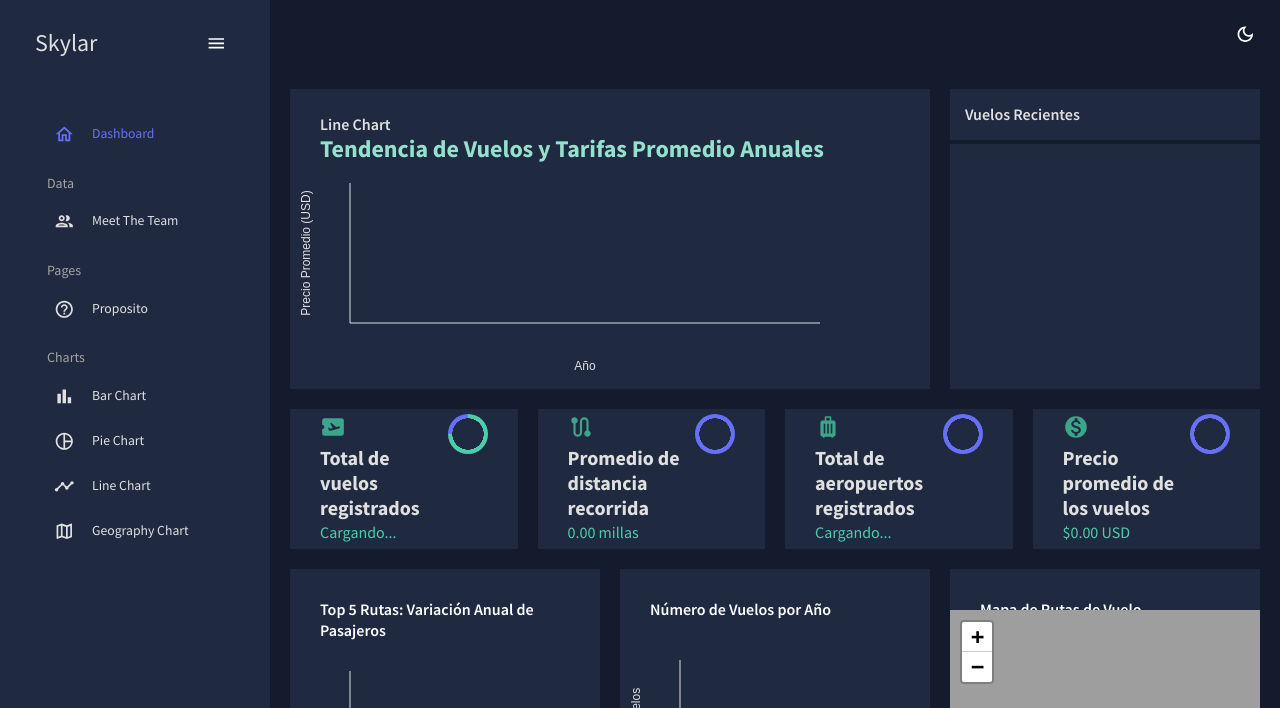
Repository: Carpinteron/Dashboard-DatabaseProject
Page: / (app in react-admin-dashboard-master/)
These files come from the project's save history. The page is drawn as it stood at one moment and after the next save; the edit follows.
The browser window is 1280 px wide. The pictures show the part of the page from y = 0 to 708 px (the page is 886 px tall).
Pictures or frames that could not be fetched are drawn as grey boxes. The page's requests for data from a server got no answer. The project was rebuilt for these pictures with package versions that can differ from the ones it lists, and the page was loaded fresh each time. No one was signed in, and anything a server would have sent is missing. Also part of the build but not shown: react-admin-dashboard-master/src/components/Header.jsx, react-admin-dashboard-master/src/scenes/team/index.jsx, react-admin-dashboard-master/src/scenes/bar/index.jsx, react-admin-dashboard-master/src/components/BarChart2.jsx, react-admin-dashboard-master/src/scenes/bar2/index.jsx, react-admin-dashboard-master/src/scenes/form/index.jsx, react-admin-dashboard-master/src/scenes/line/index.jsx, react-admin-dashboard-master/src/components/PieChart.jsx and 3 more.

Above is the page before, as saved 2025-05-06 23:06:39.

After the next save:
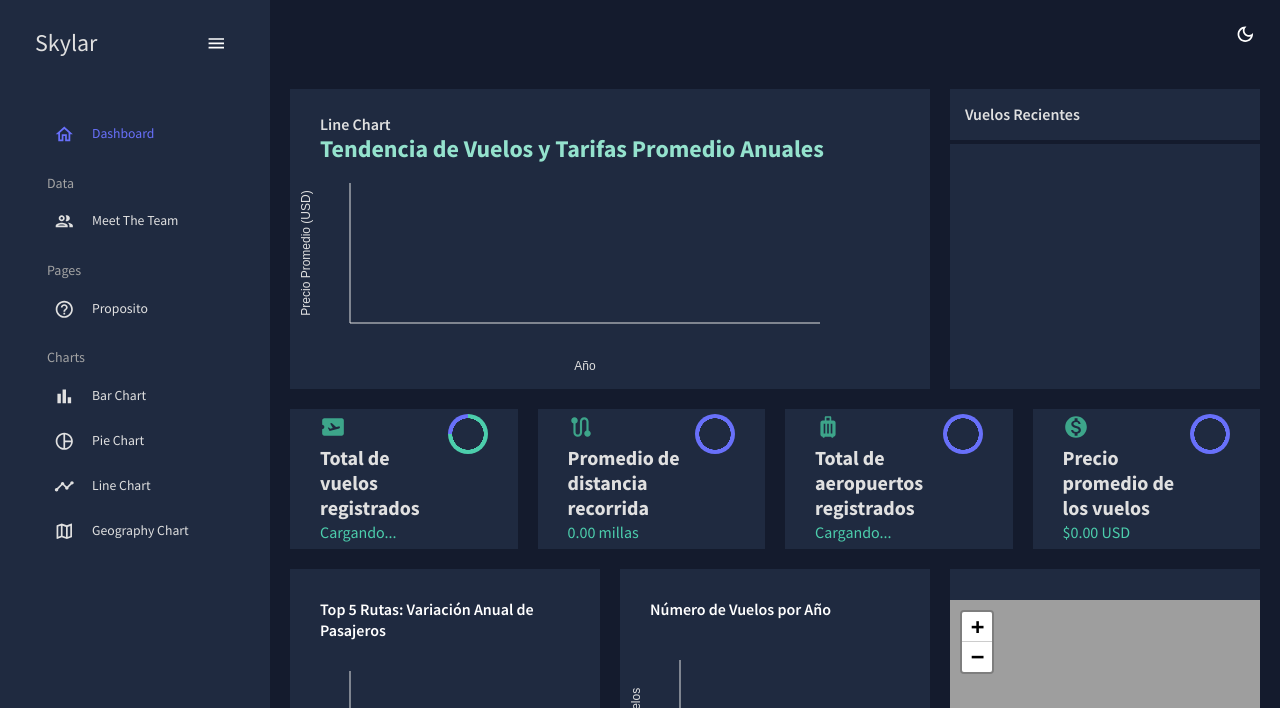
Saved 17 s later.
--- a/react-admin-dashboard-master/src/scenes/dashboard/index.jsx
+++ b/react-admin-dashboard-master/src/scenes/dashboard/index.jsx
@@ -330,7 +330,7 @@ const Dashboard = () => {
           >
             Mapa de Rutas de Vuelo
           </Typography>
-          <Box height="250px" mt="-10px">
+          <Box height="250px" mt="-20px">
             <GeographyChart isDashboard={true} />
           </Box>
         </Box>
